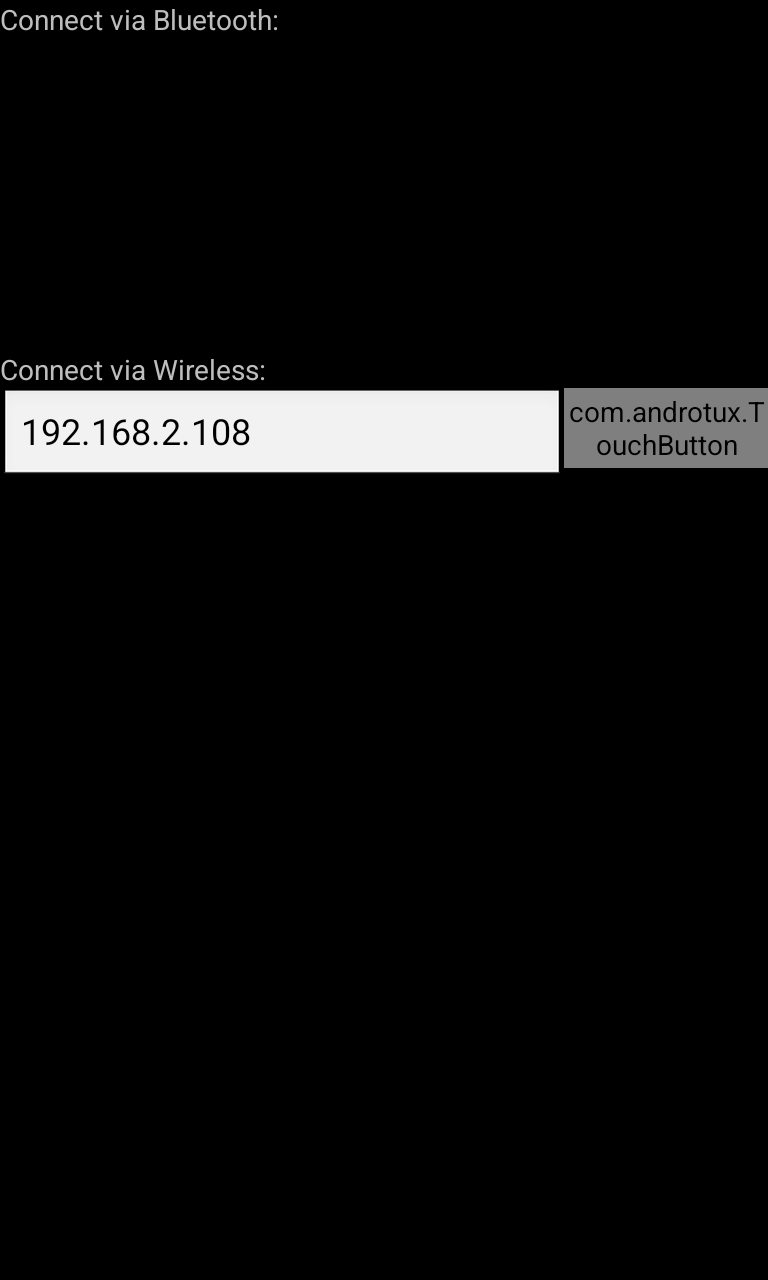
Repository: itayrom/androtux
Layout: app/AndroTux/res/layout/fragment_settings.xml
An editor plug-in stored every save of this project. The layout is shown before and after the next save, followed by the edit.
Pictures or frames that could not be fetched are drawn as grey boxes. It is drawn on a 768 x 1280 px phone screen (xhdpi) without system bars, with theme android:Theme.NoTitleBar.Fullscreen; the app's code is not run. Lists and similar views that code fills are empty.

Above is the layout before, as saved 2014-09-09 12:48:32.

After the next save:
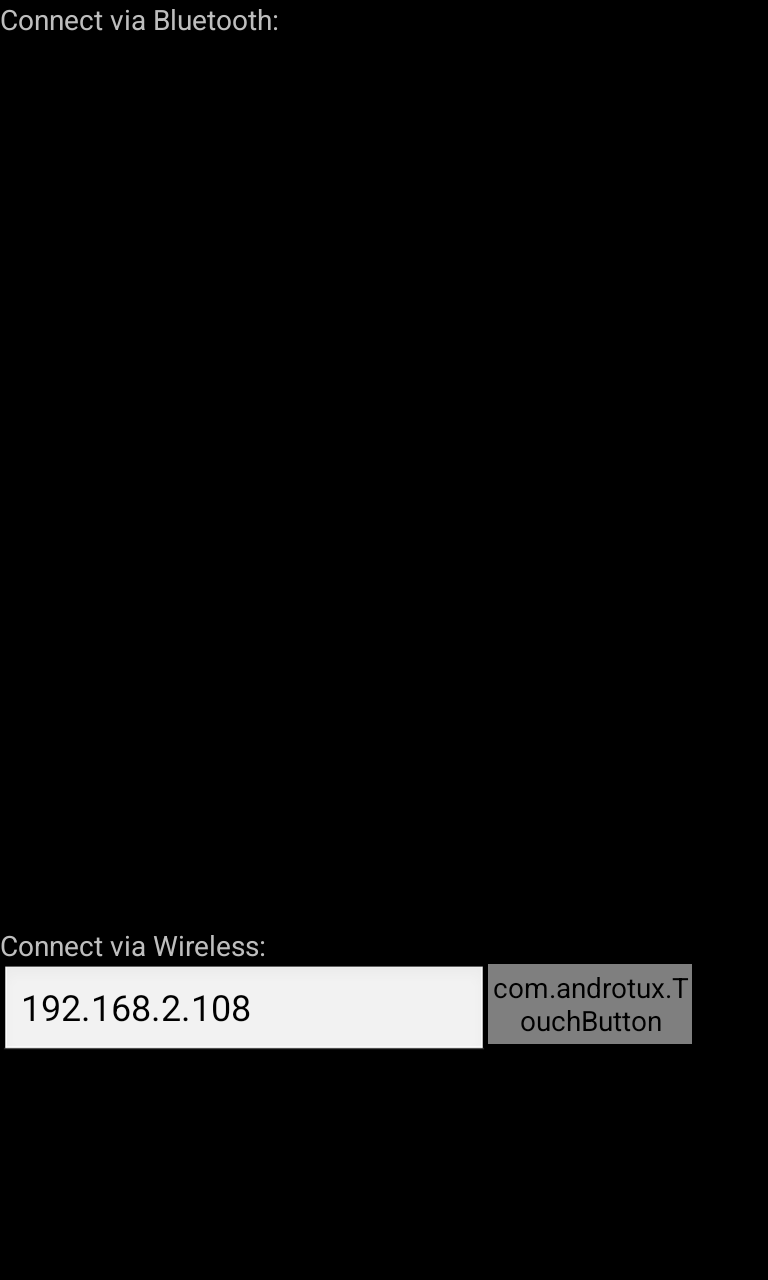
Saved 48 s later.
--- a/app/AndroTux/res/layout/fragment_settings.xml
+++ b/app/AndroTux/res/layout/fragment_settings.xml
@@ -23,8 +23,8 @@
 
     <LinearLayout
         android:layout_weight="0.75"
-        android:layout_width="fill_parent"
-   		android:layout_height="fill_parent"
+        android:layout_width="wrap_content"
+   		android:layout_height="wrap_content"
     	android:orientation="vertical" >
 	    <TextView
 	        android:layout_width="fill_parent"
@@ -40,8 +40,8 @@
 
     <LinearLayout
         android:layout_weight="0.25"
-        android:layout_width="fill_parent"
-   		android:layout_height="fill_parent"
+        android:layout_width="wrap_content"
+   		android:layout_height="wrap_content"
     	android:orientation="vertical" >
 
 	    <TextView
